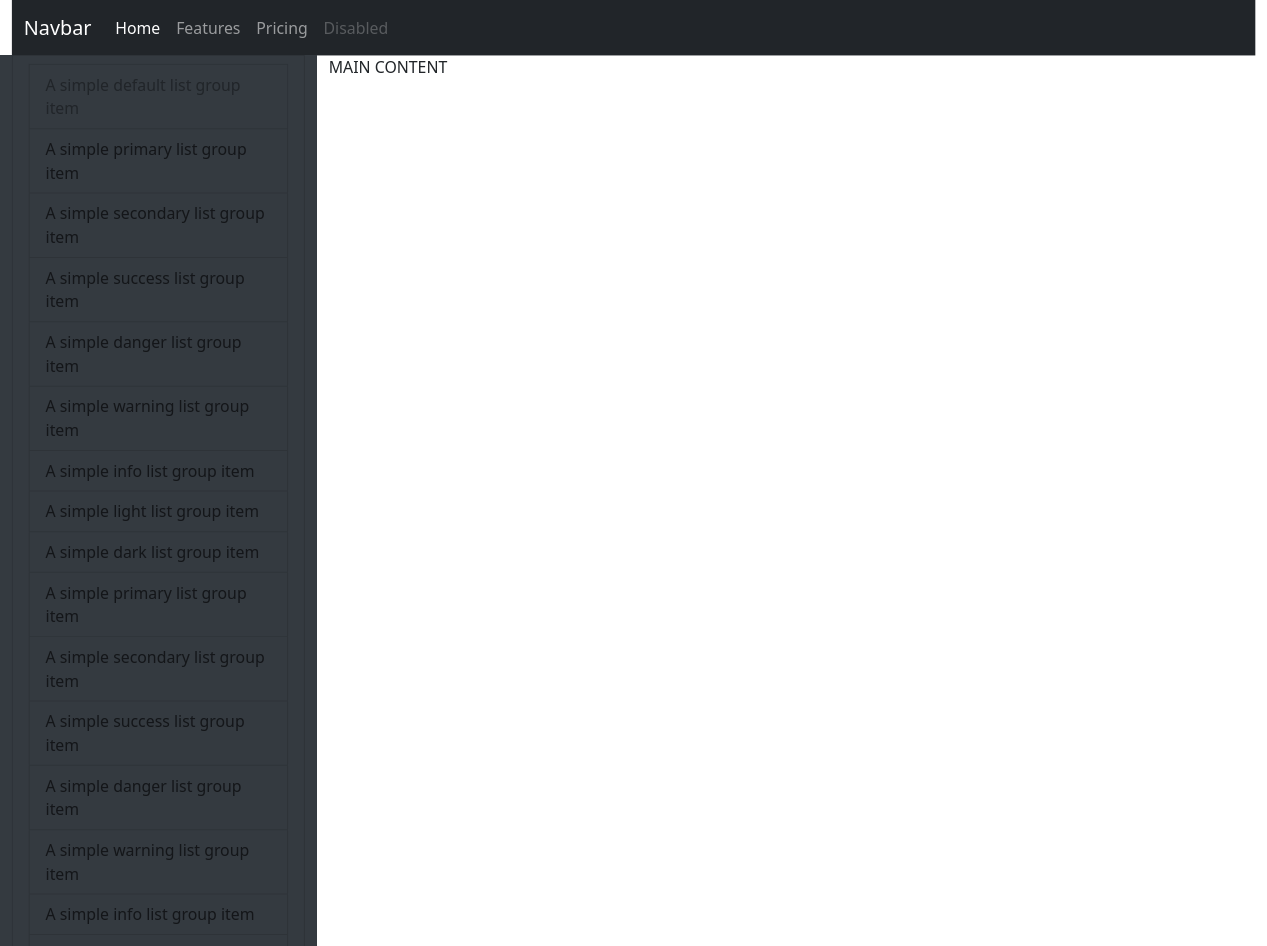
Repository: Dayvid0/BOOTSTRAP-TUTORIALS
Page: BOOTSTRAP-GRID-LAYOUTS/ibmexample.html
These files come from the project's save history. The page is drawn as it stood at one moment and after the next save; the edit follows.
The browser window is 1280 px wide. The pictures show the whole page, at 99% of full size.

Above is the page before, as saved 2025-01-25 09:56:18.

### BOOTSTRAP-GRID-LAYOUTS/ibmexample.html
<!doctype html>
<html lang="en">
  <head>
    <!-- Required meta tags -->
    <meta charset="utf-8">
    <meta name="viewport" content="width=device-width, initial-scale=1">
    <title>IBM PRACTICE LAYOUT</title>
    <!-- Bootstrap CSS -->
    <link href="https://cdn.jsdelivr.net/npm/bootstrap@5.0.2/dist/css/bootstrap.min.css" rel="stylesheet" integrity="sha384-EVSTQN3/azprG1Anm3QDgpJLIm9Nao0Yz1ztcQTwFspd3yD65VohhpuuCOmLASjC" crossorigin="anonymous">
    <link rel="stylesheet" href="ibm-style.css"
  </head>
  <body>
    <div class="container-fluid">
      <nav class="navbar navbar-expand-lg navbar-dark bg-dark">
        <div class="container-fluid">
          <a class="navbar-brand" href="#">Navbar</a>
          <button class="navbar-toggler" type="button" data-bs-toggle="collapse" data-bs-target="#navbarNav" aria-controls="navbarNav" aria-expanded="false" aria-label="Toggle navigation">
            <span class="navbar-toggler-icon"></span>
          </button>
          <div class="collapse navbar-collapse" id="navbarNav">
            <ul class="navbar-nav">
              <li class="nav-item">
                <a class="nav-link active" aria-current="page" href="#">Home</a>
              </li>
              <li class="nav-item">
                <a class="nav-link" href="#">Features</a>
              </li>
              <li class="nav-item">
                <a class="nav-link" href="#">Pricing</a>
              </li>
              <li class="nav-item">
                <a class="nav-link disabled" href="#" tabindex="-1" aria-disabled="true">Disabled</a>
              </li>
            </ul>
          </div>
        </div>
      </nav>
    </div>
    <div class="container-fluid">
      <div class="row"> <!-- ./row-->
        <div class="col-3 sidebar">
          <ul class="list-group-item">
            <li class="list-group-item">A simple default list group item</li>
            <li class="list-group-item list-group-item-dark">A simple primary list group item</li>
            <li class="list-group-item list-group-item-dark">A simple secondary list group item</li>
            <li class="list-group-item list-group-item-dark">A simple success list group item</li>
            <li class="list-group-item list-group-item-dark">A simple danger list group item</li>
            <li class="list-group-item list-group-item-dark">A simple warning list group item</li>
            <li class="list-group-item list-group-item-dark">A simple info list group item</li>
            <li class="list-group-item list-group-item-dark">A simple light list group item</li>
            <li class="list-group-item list-group-item-dark">A simple dark list group item</li>
            <li class="list-group-item list-group-item-dark">A simple primary list group item</li>
            <li class="list-group-item list-group-item-dark">A simple secondary list group item</li>
            <li class="list-group-item list-group-item-dark">A simple success list group item</li>
            <li class="list-group-item list-group-item-dark">A simple danger list group item</li>
            <li class="list-group-item list-group-item-dark">A simple warning list group item</li>
            <li class="list-group-item list-group-item-dark">A simple info list group item</li>
            <li class="list-group-item list-group-item-dark">A simple light list group item</li>
          </ul>
        </div><!-- ./col-3-->
        <div class="col-9">
          MAIN CONTENT
        </div><!-- ./col-9-->
      </div><!-- ./row -->
    </div><!-- ./container-fluid -->
    <script src="https://cdn.jsdelivr.net/npm/bootstrap@5.0.2/dist/js/bootstrap.bundle.min.js" integrity="sha384-MrcW6ZMFYlzcLA8Nl+NtUVF0sA7MsXsP1UyJoMp4YLEuNSfAP+JcXn/tWtIaxVXM" crossorigin="anonymous"></script>
  </body>
</html>

### BOOTSTRAP-GRID-LAYOUTS/ibm-style.css
.sidebar {
  background-color: #343a40;
  max-height: 900px;
  overflow-y: scroll;
}
.list-group-item {
  background-color: transparent;
}

After the next save:
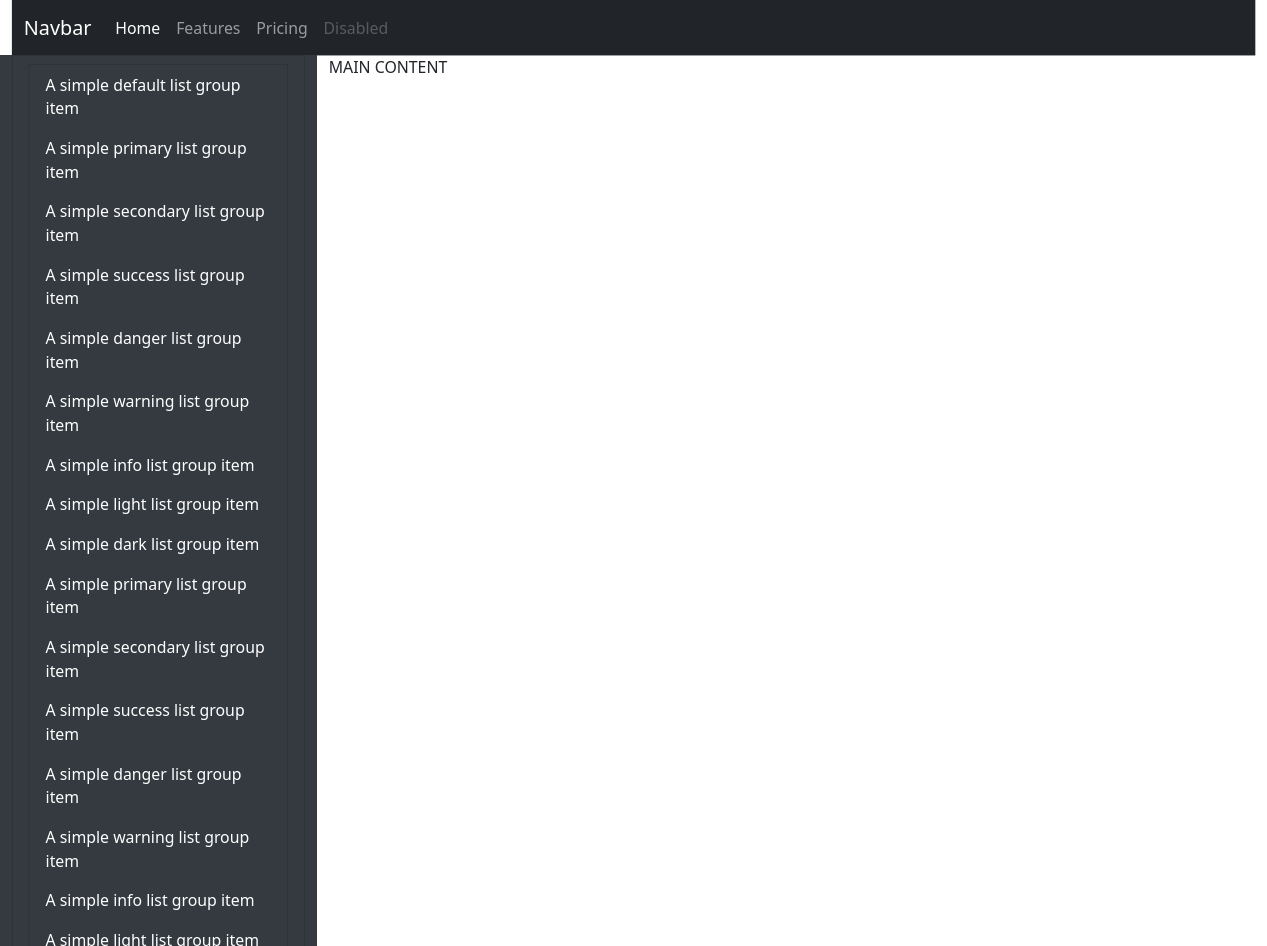
Saved 69 s later.
--- a/BOOTSTRAP-GRID-LAYOUTS/ibm-style.css
+++ b/BOOTSTRAP-GRID-LAYOUTS/ibm-style.css
@@ -5,4 +5,6 @@
 }
 .list-group-item {
   background-color: transparent;
+  color: white;
+  border-bottom: 1px grey;
 }
